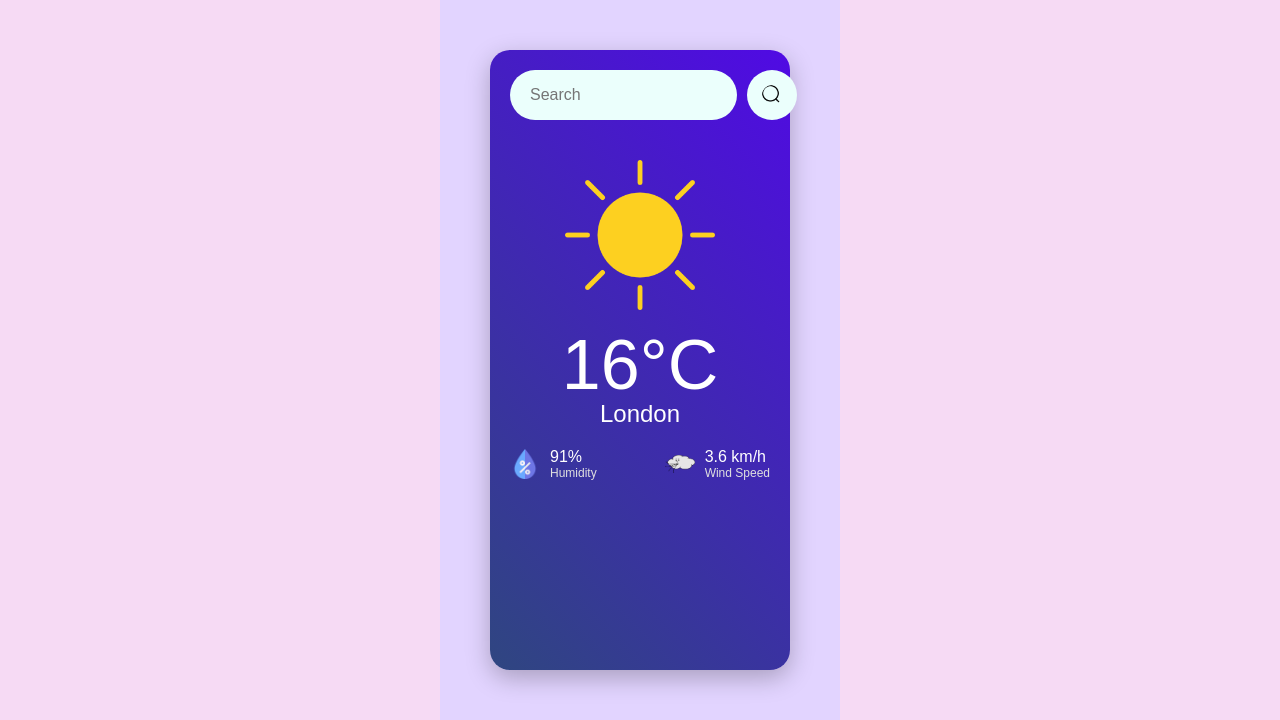
Repository: wakoya-tech/wheather-app
Page: /
These files come from the project's save history. The page is drawn as it stood at one moment and after the next save; the edit follows.
The browser window is 1280 px wide. The pictures show the whole page.
The project was rebuilt for these pictures with package versions that can differ from the ones it lists, and the page was loaded fresh each time. Also part of the build but not shown: vite.config.js, src/App.css.

Above is the page before, as saved 2025-10-18 21:59:41.

After the next save:
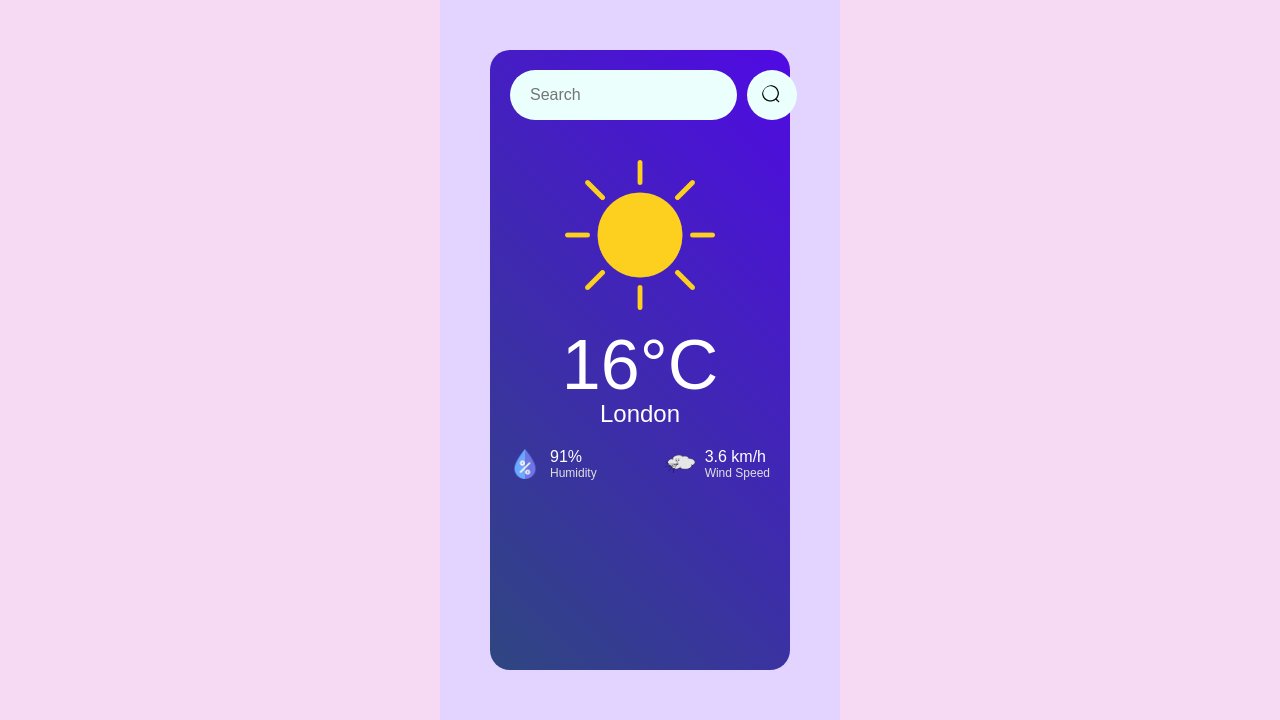
Saved 19 s later.
--- a/src/Components/Weather.css
+++ b/src/Components/Weather.css
@@ -20,7 +20,7 @@ body {
     display: flex;
     flex-direction: column;
     align-items: center;
-    box-shadow: 0 8px 24px rgba(0, 0, 0, 0.25);
+
     transition: transform 0.3s ease;
   }
 
